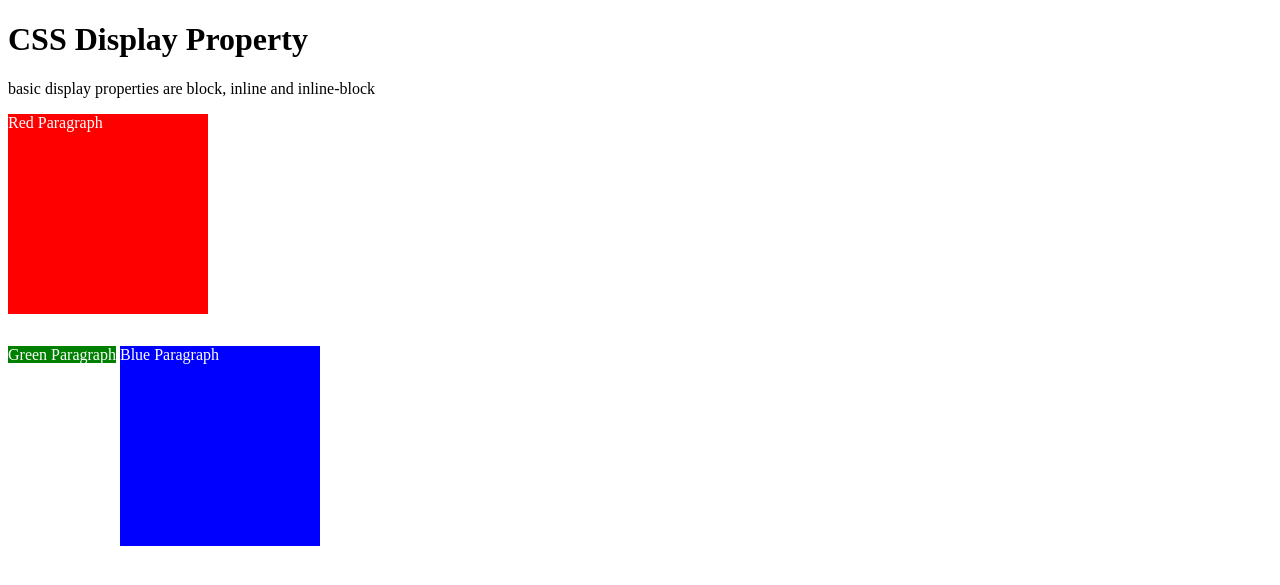
Repository: aniatot/CSS_KT
Page: 3 CSS Display/index.html
The author's editor kept a copy of each file at every save. The page is drawn from the files as they stood at one save, then again after the next save.
The browser window is 1280 px wide. The pictures show the whole page.

Above is the page before, as saved 2023-10-20 10:36:50.

After the next save:
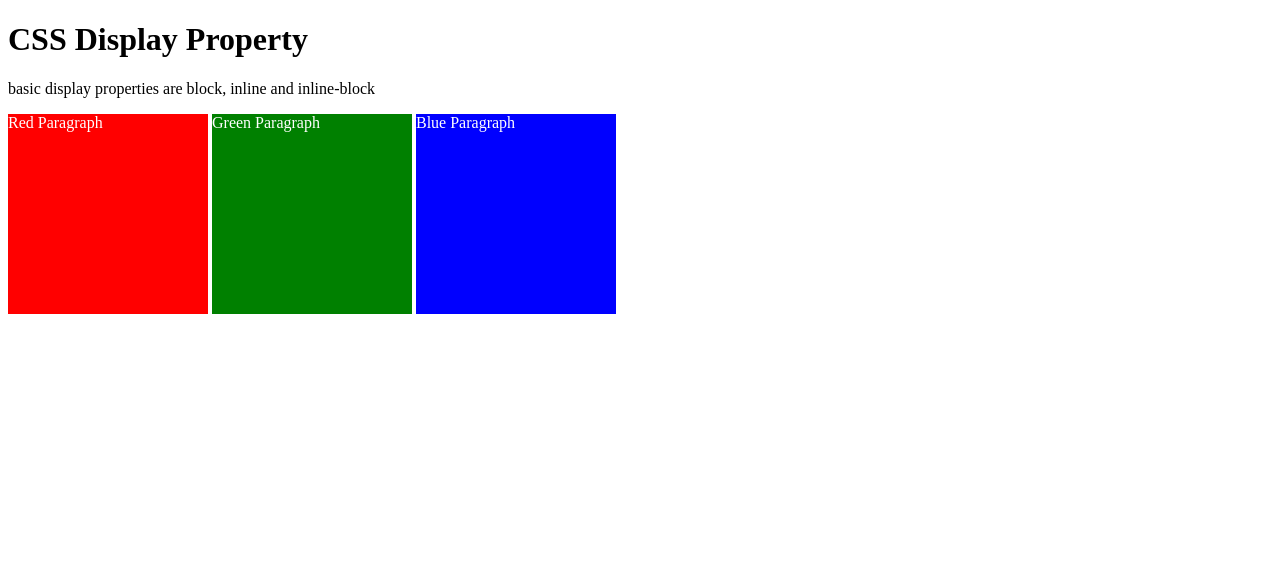
Saved 6 min 26 s later.
--- a/3 CSS Display/index.html
+++ b/3 CSS Display/index.html
@@ -15,14 +15,14 @@
     }
 
     .red {
-      display: block;
+      display: inline-block;
       width: 200px;
       height: 200px;
       background-color: red;
     }
 
     .green {
-      display: inline;
+      display: inline-block;
       width: 200px;
       height: 200px;
       background-color: green;
